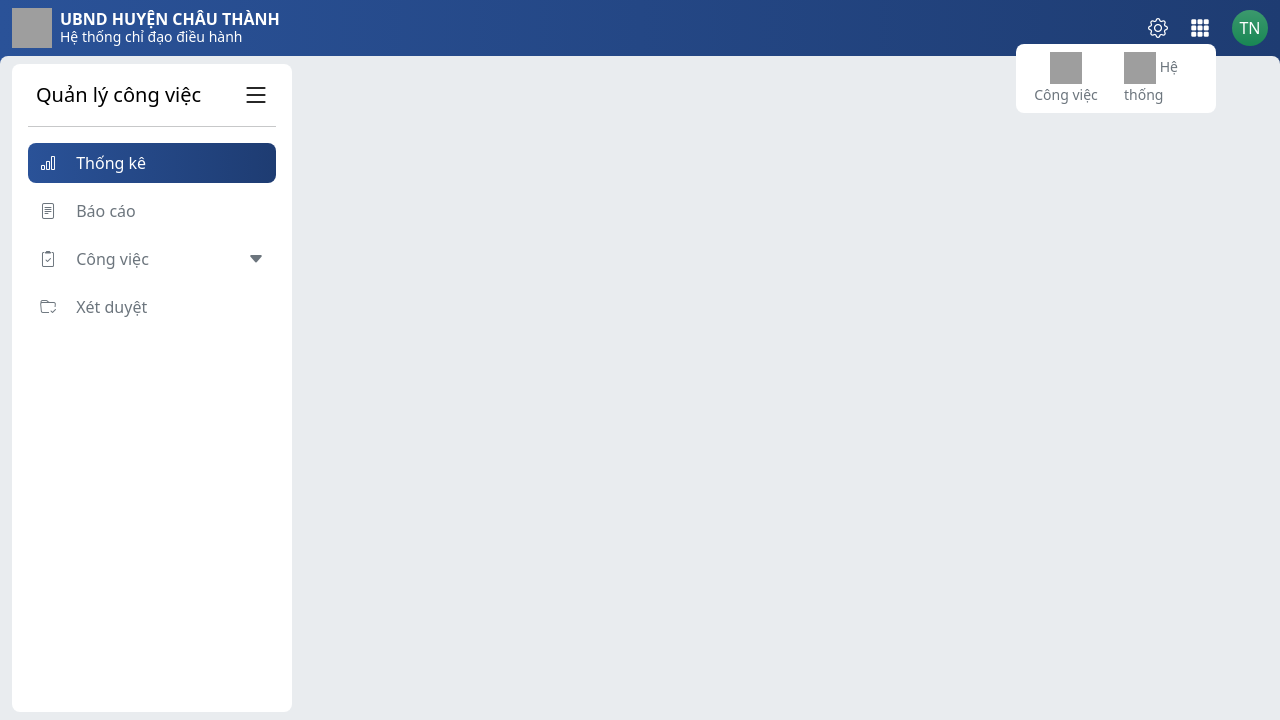
Repository: mys-pro/DATT-HeThongChiDaoDieuHanh
Page: index.html
An editor plug-in stored every save of this project. The page is shown before and after the next save, followed by the edit.
The browser window is 1280 px wide. The pictures show the whole page.
Pictures or frames that could not be fetched are drawn as grey boxes.

Above is the page before, as saved 2024-04-21 15:10:41.

### index.html
<!DOCTYPE html>
<html lang="en">

<head>
    <meta charset="UTF-8">
    <meta name="viewport" content="width=device-width, initial-scale=1.0">
    <link rel="icon" href="./Assets/Image/icon.png" />
    <title>Hệ thống chỉ đạo điều hành</title>
    <link rel="stylesheet" href="./Bootstrap/bootstrap-icons-1.11.3/font/bootstrap-icons.min.css">
    <link rel="stylesheet" href="./Bootstrap/bootstrap-5.3.3-dist/css/bootstrap.min.css">
    <link rel="stylesheet" href="./Assets/css/Styles.css">
    <script src="./Assets/js/jquery-3.7.1.min.js"></script>
    <script src="./Bootstrap/bootstrap-5.3.3-dist/js/bootstrap.bundle.min.js"></script>
    <script src="./Assets/js/script.js"></script>
</head>

<body>
    <div class="app">
        <header class="header">
            <nav class="header__navbar navbar">
                <div class="header__navbar-container container-fluid">
                    <a href="#" class="header__navbar-logo navbar-brand p-0 d-flex">
                        <img class="header__navbar-img" src="./Assets/Image/Logo.png" alt="">
                        <div class="header__navbar-name mx-2 text-white align-content-center">
                            <h6 class="fw-bold p-0 m-0">UBND HUYỆN CHÂU THÀNH</h6>
                            <h6 class="fw-normal p-0 m-0">Hệ thống chỉ đạo điều hành</h6>
                        </div>
                    </a>

                    <ul class="header__navbar-list list-inline p-0 m-0 d-flex">
                        <li class="header__navbar-item ms-3 align-content-center">
                            <a class="border-0 bg-transparent rounded-circle text-white">
                                <i class="bi bi-gear fs-5"></i>
                            </a>
                        </li>
                        <li class="header__navbar-item ms-3 align-content-center position-relative">
                            <button type="button" class="border-0 bg-transparent rounded-circle text-white"
                                id="dropdown-apps">
                                <i class="bi bi-grid-3x3-gap-fill fs-5"></i>
                            </button>
                            <div class="list-apps bg-white rounded-3 position-absolute p-2">
                                <div class="row row-cols-2 gx-3">
                                    <div class="col">
                                        <a href="#" class="text-decoration-none text-secondary d-flex flex-column align-items-center">
                                            <img src="./Assets/Image/task-icon.png" alt="" width="32px" height="32px">
                                            Công việc
                                        </a>
                                    </div>
                                    <div class="col">
                                        <a href="#" class="text-decoration-none text-secondary">
                                            <img src="./Assets/Image/admin-icon.png" alt="" width="32px" height="32px">
                                            Hệ thống
                                        </a>
                                    </div>
                                </div>
                            </div>
                        </li>
                        <li class="header__navbar-item ms-3">
                            <div
                                class="header__navbar-avatar border-0 bg-success bg-gradient rounded-circle text-white text-center align-content-center">
                                TN</div>
                        </li>
                    </ul>
                </div>
            </nav>
        </header>

        <div class="app__container bg-body-secondary rounded-top-3 py-2">
            <div class="container-fluid">
                <div class="sidebar bg-white rounded-3 p-3 open">
                    <div class="side__bar-tile d-flex position-relative">
                        <span class="ms-2 text-black fs-5 text-nowrap">Quản lý công việc</span>
                        <button type="button"
                            class="sidebar__collapse-btn border-0 bg-white position-absolute text-end end-0">
                            <i class="bi bi-list"></i>
                        </button>
                    </div>
                    <hr>

                    <ul class="sidebar-list list-unstyled p-0 m-0">
                        <li class="sidebar-item mb-2">
                            <a href="#" class="rounded-3 text-secondary text-nowrap d-block active">
                                <i class="bi bi-bar-chart me-3"></i>
                                <span>Thống kê</span>
                            </a>
                        </li>

                        <li class="sidebar-item mb-2">
                            <a href="#" class="rounded-3 text-secondary text-nowrap d-block">
                                <i class="bi bi-file-text me-3"></i>
                                <span>Báo cáo</span>
                            </a>
                        </li>

                        <li class="sidebar-item mb-2">
                            <a href="#" class="position-relative rounded-3 text-secondary text-nowrap d-block collapsed"
                                data-bs-toggle="collapse" data-bs-target="#sidebarToggleExternalContent">
                                <i class="bi bi-clipboard2-check me-3"></i>
                                <span>Công việc</span>
                                <i class="bi bi-caret-down-fill"></i>
                            </a>

                            <ul class="sidebar-list-child collapse list-inline text-secondary text-nowrap"
                                id="sidebarToggleExternalContent">
                                <li class="sidebar-item-child mt-2">
                                    <a href="#"
                                        class="text-secondary rounded-3 text-nowrap d-block d-flex justify-content-between align-items-center active">
                                        Tất cả
                                        <span class="badge text-bg-danger rounded-pill">1</span>
                                    </a>
                                </li>
                                <li class="sidebar-item-child mt-2">
                                    <a href="#"
                                        class="text-secondary rounded-3 text-nowrap d-block d-flex justify-content-between align-items-center">
                                        Dự thảo
                                        <span class="badge text-bg-danger rounded-pill">1</span>
                                    </a>
                                </li>
                                <li class="sidebar-item-child mt-2">
                                    <a href="#"
                                        class="text-secondary rounded-3 text-nowrap d-block d-flex justify-content-between align-items-center">
                                        Hoàn thành
                                        <span class="badge text-bg-danger rounded-pill">1</span>
                                    </a>
                                </li>
                                <li class="sidebar-item-child mt-2">
                                    <a href="#"
                                        class="text-secondary rounded-3 text-nowrap d-block d-flex justify-content-between align-items-center">
                                        Chờ phê duyệt
                                        <span class="badge text-bg-danger rounded-pill">1</span>
                                    </a>
                                </li>
                                <li class="sidebar-item-child mt-2">
                                    <a href="#"
                                        class="text-secondary rounded-3 text-nowrap d-block d-flex justify-content-between align-items-center">
                                        Làm lại
                                        <span class="badge text-bg-danger rounded-pill">1</span>
                                    </a>
                                </li>
                                <li class="sidebar-item-child mt-2">
                                    <a href="#"
                                        class="text-secondary rounded-3 text-nowrap d-block d-flex justify-content-between align-items-center">
                                        Bị hủy
                                        <span class="badge text-bg-danger rounded-pill">1</span>
                                    </a>
                                </li>
                            </ul>
                        </li>

                        <li class="sidebar-item mb-2">
                            <a href="#" class="rounded-3 text-secondary text-nowrap d-block">
                                <i class="bi bi-folder-check me-3"></i>
                                <span>Xét duyệt</span>
                            </a>
                        </li>
                    </ul>
                </div>
            </div>
        </div>
    </div>
</body>

</html>

### Assets/css/Styles.css
:root {
    --primary-color: #2a5298;
    --primary-gradient-color: linear-gradient(to left, #1e3c72, #2a5298);
    --bs-body-color: #212529;
}

body {
    overflow: auto;
}

.col-0 {
    display: none;
}

.app {
    background-image: var(--primary-gradient-color);
}
/* ======Navbar====== */
.header__navbar-img {
    width: 40px;
    height: 40px;
}

.header__navbar-name h6:first-child {
    font-size: 16px;
}

.header__navbar-name h6:last-child {
    font-size: 14px;
}

.header__navbar-avatar {
    width: 36px;
    height: 36px;
}

.header__navbar-item a {
    cursor: pointer;
}

.header__navbar-item span {
    top: 25%;
    right: -15px;
}

.list-apps {
    width: 200px;
    right: 0;
    font-size: 14px;
}

/* ======Sidebar====== */
.sidebar {
    --height: calc(100vh - 56px - 16px);
    min-height: var(--height);
    width: 72px;
    transition: all .2s ease-out;
}

.sidebar.open {
    width: 280px;
}

.sidebar a {
    padding: 8px 12px;
    text-decoration: none;
    overflow: hidden;
}

.sidebar span {
    overflow: hidden;
}

.sidebar__collapse-btn {
    font-size: 28px;
    line-height: 0;
}

.sidebar-list-child {
    overflow: hidden;
}

.sidebar-item > a:hover {
    background-color: rgba(0, 0, 0, 0.05) !important;
}

.sidebar-item > a:active {
    background-color: rgba(0, 0, 0, 0.1) !important;
}

.sidebar-item > a.active {
    background-image: var(--primary-gradient-color);
    color: white !important;
}

.sidebar:not(.open) .sidebar-list-child {
    display: none;
}

.sidebar-item > a[data-bs-toggle="collapse"].collapsed > i:last-child {
    position: absolute;
    right: 12px;
    top: 0.5rem;
    transform: rotate(0deg);
    transition: all .2s ease-out;
}

.sidebar-item > a[data-bs-toggle="collapse"] > i:last-child {
    position: absolute;
    right: 12px;
    top: 0.5rem;
    transform: rotate(180deg);
    transition: all .2s ease-out;
}

.sidebar:not(.open) .sidebar-item > a[data-bs-toggle="collapse"] > i:last-child {
    display: none;
}

.sidebar-item-child > a:not(.active):hover {
    background-color: rgba(0, 0, 0, 0.05) !important;
}

.sidebar-item-child > a:not(.active):active,
.sidebar-item-child > a.active {
    background-color: rgba(0, 0, 0, 0.1) !important;
}

@media (max-width: 576px) {
    .sidebar {
        display: none;
    }

    .header__navbar-list {
        display: none !important;
    }
}

### Assets/js/script.js
$(document).ready(function() {
    $('.sidebar__collapse-btn').click(function() {
        $(".sidebar").toggleClass("open");
    });

    $('.sidebar-item > a').click(function() {
        $('.sidebar-item > a').removeClass("active");
        $(this).addClass("active");
        $('#sidebarToggleExternalContent').collapse('hide');
    });

    $('.sidebar-item > a[data-bs-toggle="collapse"]').click(function() {
        $('.sidebar-item-child > a').removeClass("active");
        $('.sidebar-item-child > a:first').addClass("active");
      });

    $('.sidebar-item-child > a').click(function() {
        $('.sidebar-item-child > a').removeClass("active");
        $(this).addClass("active");
    });
});

Loaded but not shown: library/Bootstrap/bootstrap-icons-1.11.3/font/bootstrap-icons.min.css (library); library/Bootstrap/bootstrap-5.3.3-dist/css/bootstrap.min.css (library); Public/js/jquery-3.7.1.min.js (library); library/Bootstrap/bootstrap-5.3.3-dist/js/bootstrap.bundle.min.js (library)

After the next save:
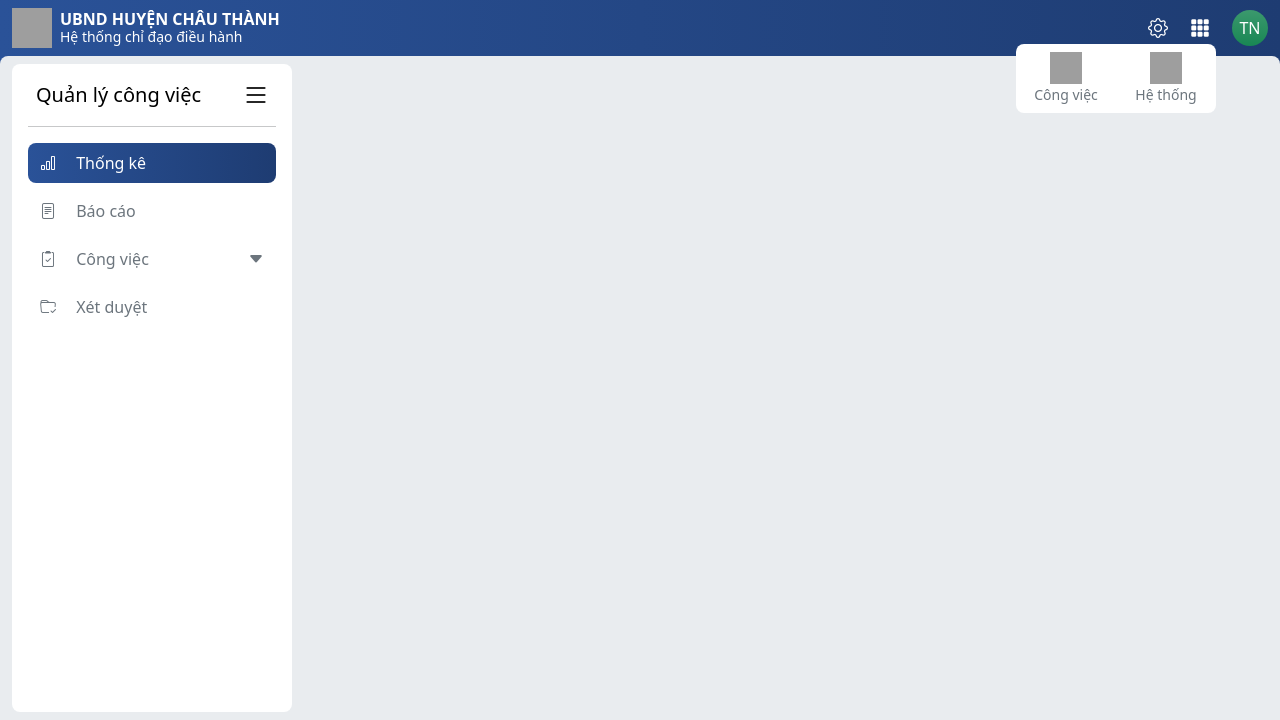
Saved 12 s later.
--- a/index.html
+++ b/index.html
@@ -47,7 +47,7 @@
                                         </a>
                                     </div>
                                     <div class="col">
-                                        <a href="#" class="text-decoration-none text-secondary">
+                                        <a href="#" class="text-decoration-none text-secondary d-flex flex-column align-items-center">
                                             <img src="./Assets/Image/admin-icon.png" alt="" width="32px" height="32px">
                                             Hệ thống
                                         </a>
